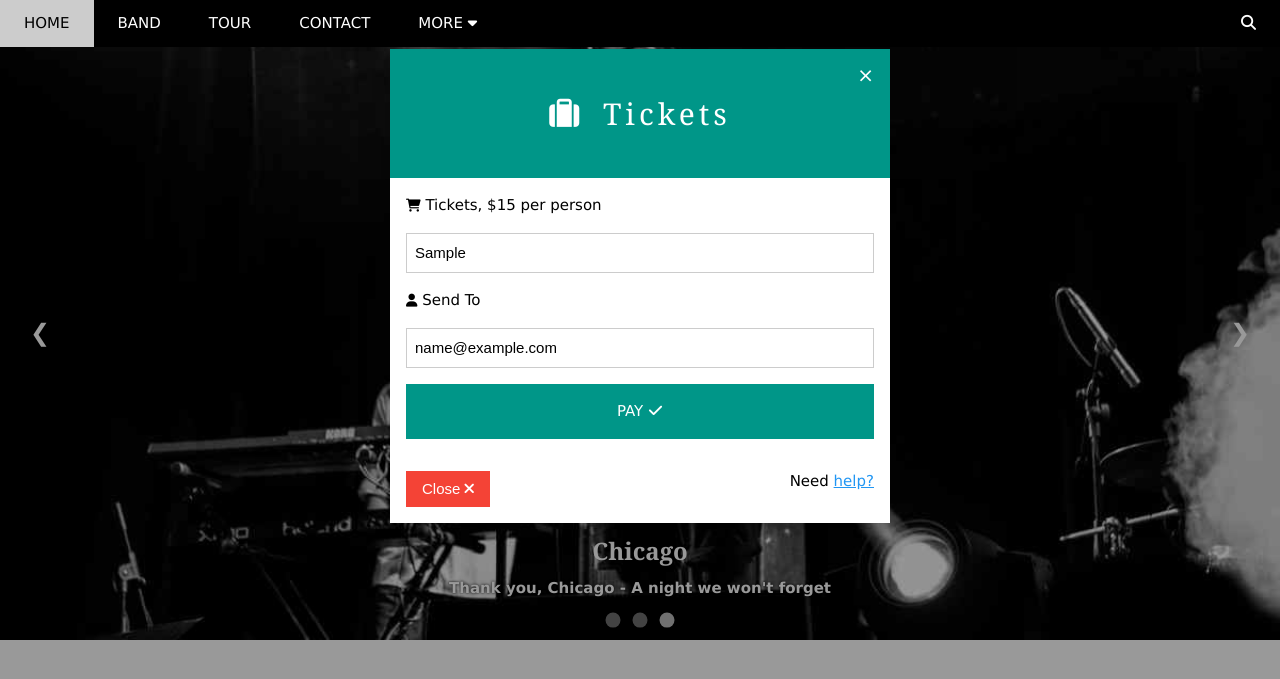
Repository: tam1512/The-Band
Page: index.html
These files come from the project's save history. The page is drawn as it stood at one moment and after a run of saves; the edit follows.
The browser window is 1280 px wide. The pictures show the window.
Empty fields were first filled with sample values (such as "Sample", 5 or name@example.com).
After loading, the first visible `a.prev` was clicked once.
A layer covers the whole window, so only the first screen is drawn. Some web libraries are served in a nearby version.

Above is the page before, as saved 2022-07-25 10:19:24.

After the next 2 saves:
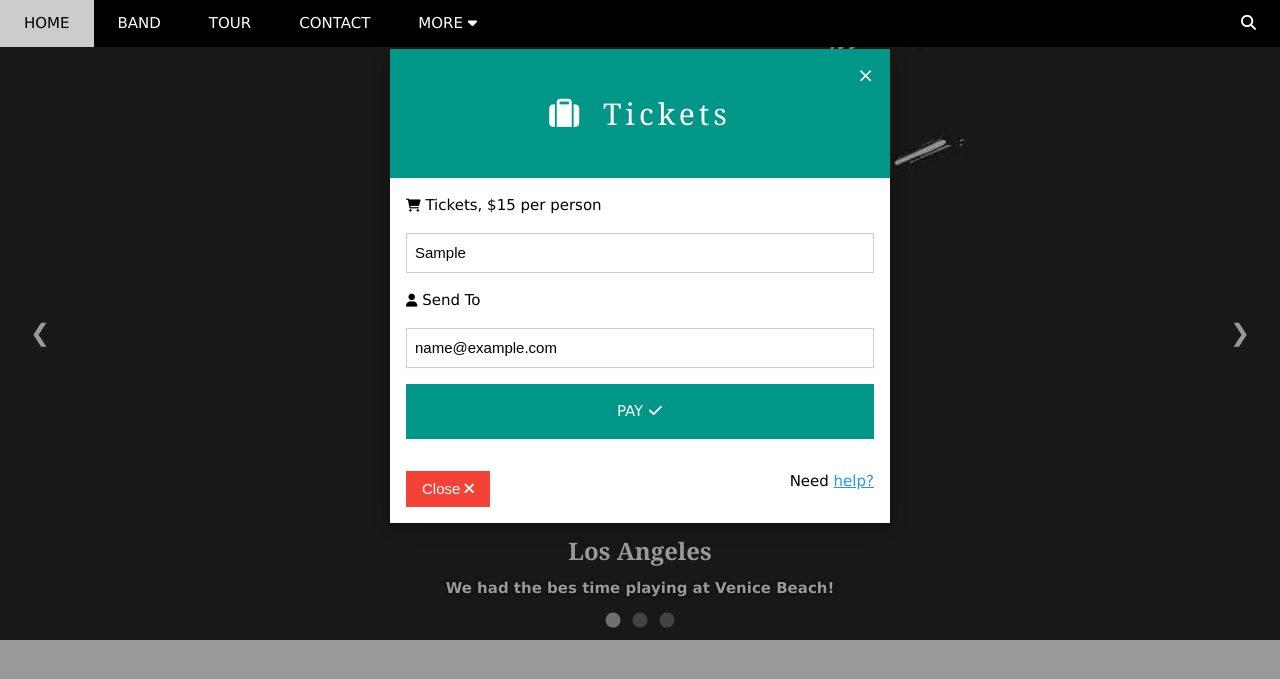
The 2 saves are shown as one change because they came seconds apart.
The last was saved 44 s later.
--- a/assets/js/js.js
+++ b/assets/js/js.js
@@ -100,22 +100,13 @@ navigateSlider();
 
 // MODAL
 
-prevElement.addEventListener("click", function () {
-  newIndex--;
-  navigateSlider();
-});
-
 headerModalOut.addEventListener("click", function () {
-  console.log(1);
   outMoDal();
 });
 footerModalOut.addEventListener("click", function () {
   outMoDal();
 });
 
-console.log(headerModalOut);
-console.log(footerModalOut);
-
 function outMoDal() {
   modal.style.display = "none";
 }
